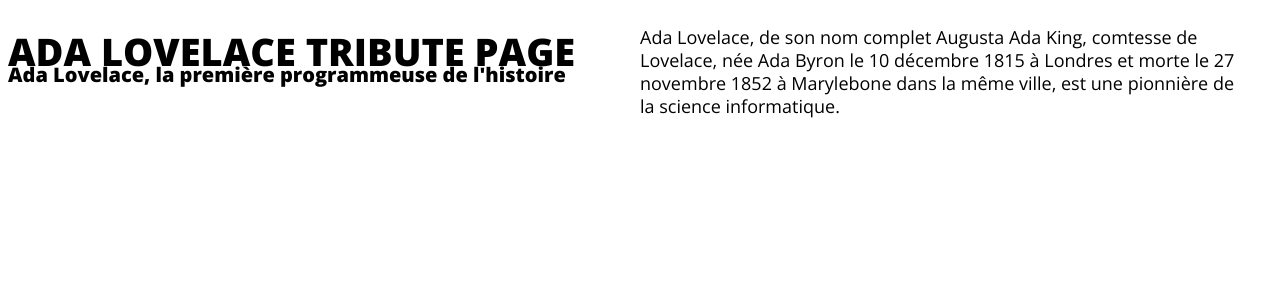
Repository: b3no1t/integration-training
Page: onepage-adalovelace/src/index.html
An editor plug-in stored every save of this project. The page is shown before and after the next save, followed by the edit.
The browser window is 1280 px wide. The pictures show the whole page.

Above is the page before, as saved 2025-01-27 15:17:36.

After the next save:
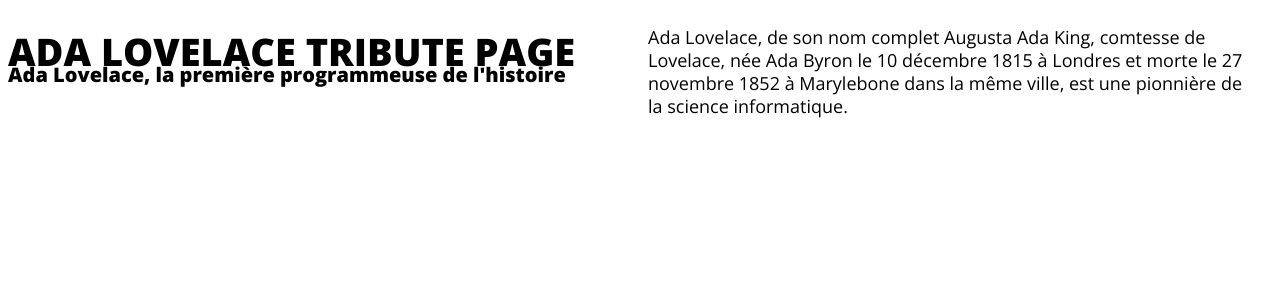
Saved 72 s later.
--- a/onepage-adalovelace/src/assets/css/main.css
+++ b/onepage-adalovelace/src/assets/css/main.css
@@ -27,8 +27,10 @@
  border: 1px soid red;
 }
 .section-intro{
+ background: url(../../assets/img/bg-header.png) cover;
  display: flex;
  justify-content: space-between;
+ gap: 1rem;
  & div{
   width: 50%;
  }
